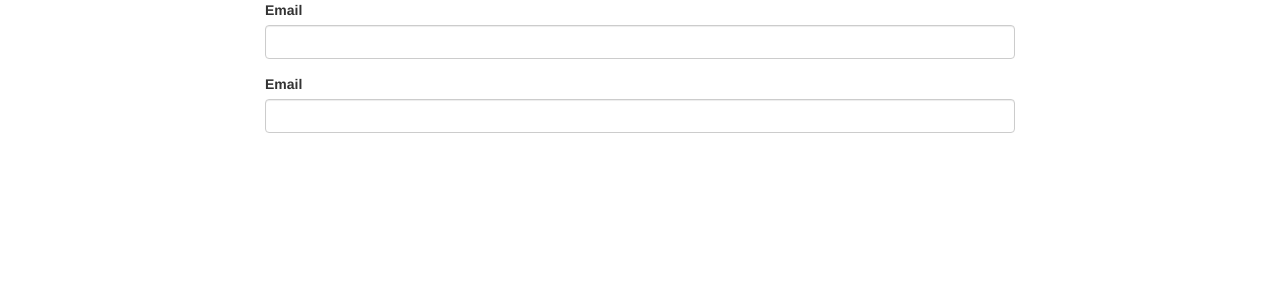
Repository: NikitasX/AngularCourse
Page: / (app in td-forms-assignment/)
These files come from the project's save history. The page is drawn as it stood at one moment and after a run of saves; the edit follows.
The browser window is 1280 px wide. The pictures show the whole page.
The project was rebuilt for these pictures with package versions that can differ from the ones it lists, and the page was loaded fresh each time. Also part of the build but not shown: td-forms-assignment/angular.json.

Above is the page before, as saved 2020-09-25 16:32:19.

After the next 3 saves:
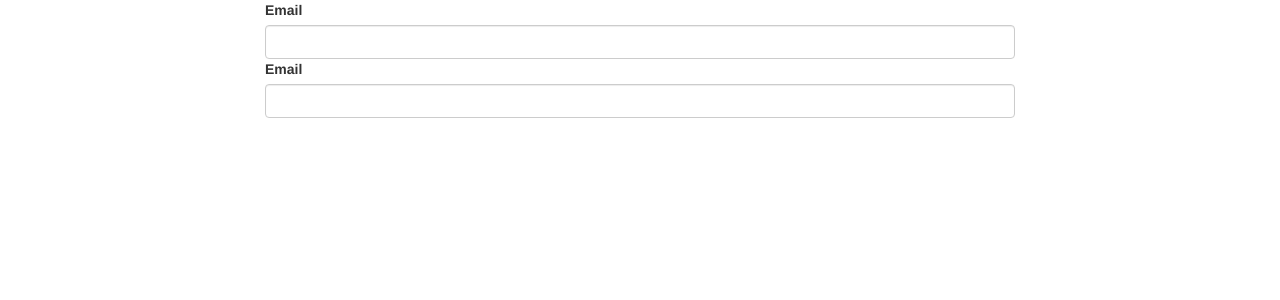
The 3 saves are shown as one change because they came seconds apart.
The last was saved 22 s later.
--- a/td-forms-assignment/src/app/app.component.html
+++ b/td-forms-assignment/src/app/app.component.html
@@ -10,14 +10,13 @@
             class="form-control"
             required
             email>
-        </div>
-        <div class="form-group">
-          <label for="email">Email</label>
-          <input
-            type="email"
-            class="form-control"
-            required
-            email>
+
+            <label for="email">Email</label>
+            <input
+              type="email"
+              class="form-control"
+              required
+              email>
         </div>
       </form>
 
